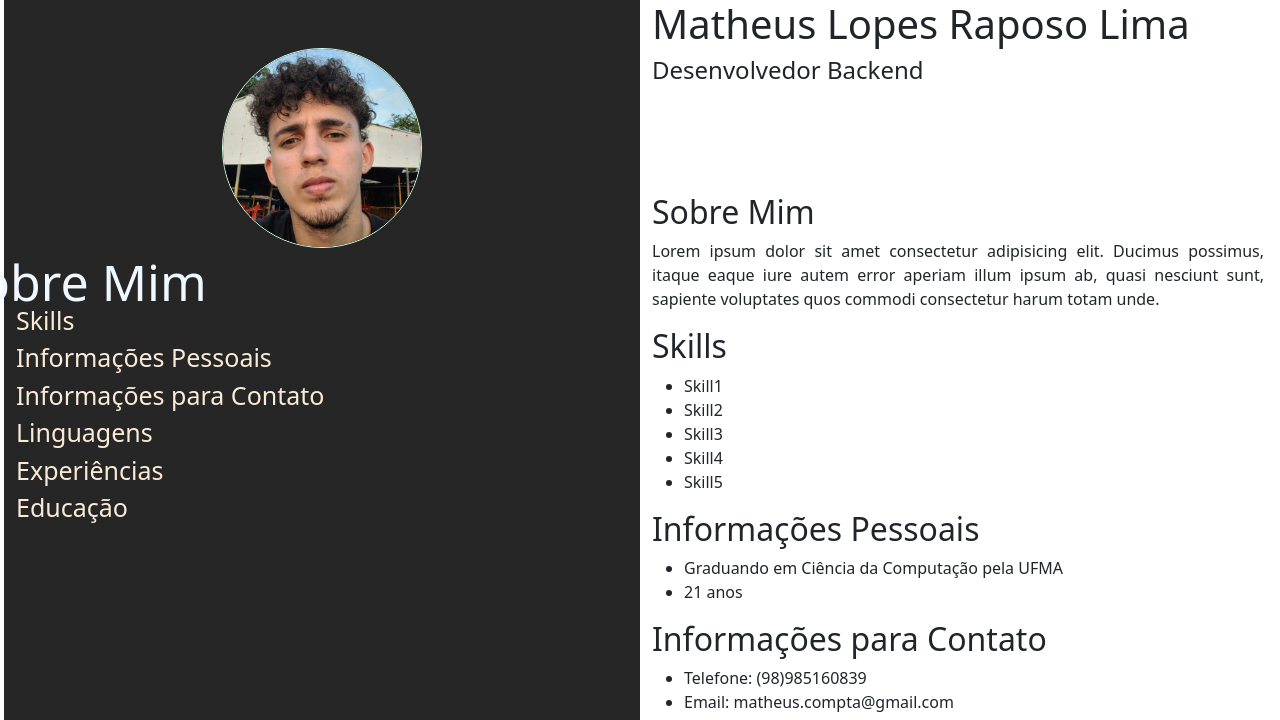
Repository: MaatheusRaposo/Curriculo_Web
Page: index.html
The author's editor kept a copy of each file at every save. The page is drawn from the files as they stood at one save, then again after the next save.
The browser window is 1280 px wide. The pictures show the whole page.
The pointer rests on the first visible `a`.
An inner scrolling area shows only its first screen.

Above is the page before, as saved 2026-05-28 02:00:03.

After the next save:
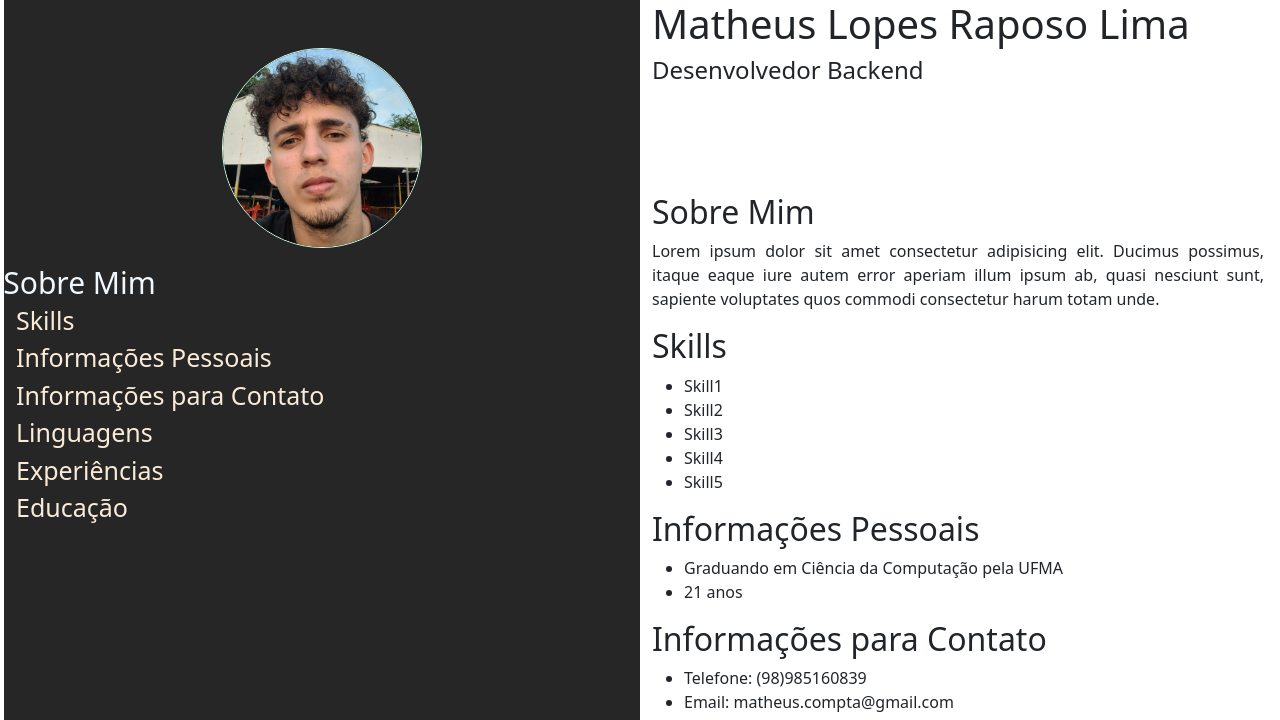
Saved 9 s later.
--- a/assets/css/style.css
+++ b/assets/css/style.css
@@ -26,7 +26,7 @@ a {
 
 a:hover {
     color: aliceblue;
-    transform: scale(2);
+    transform: scale(1.2);
 }
 
 @media screen and (min-width: 768px) {
